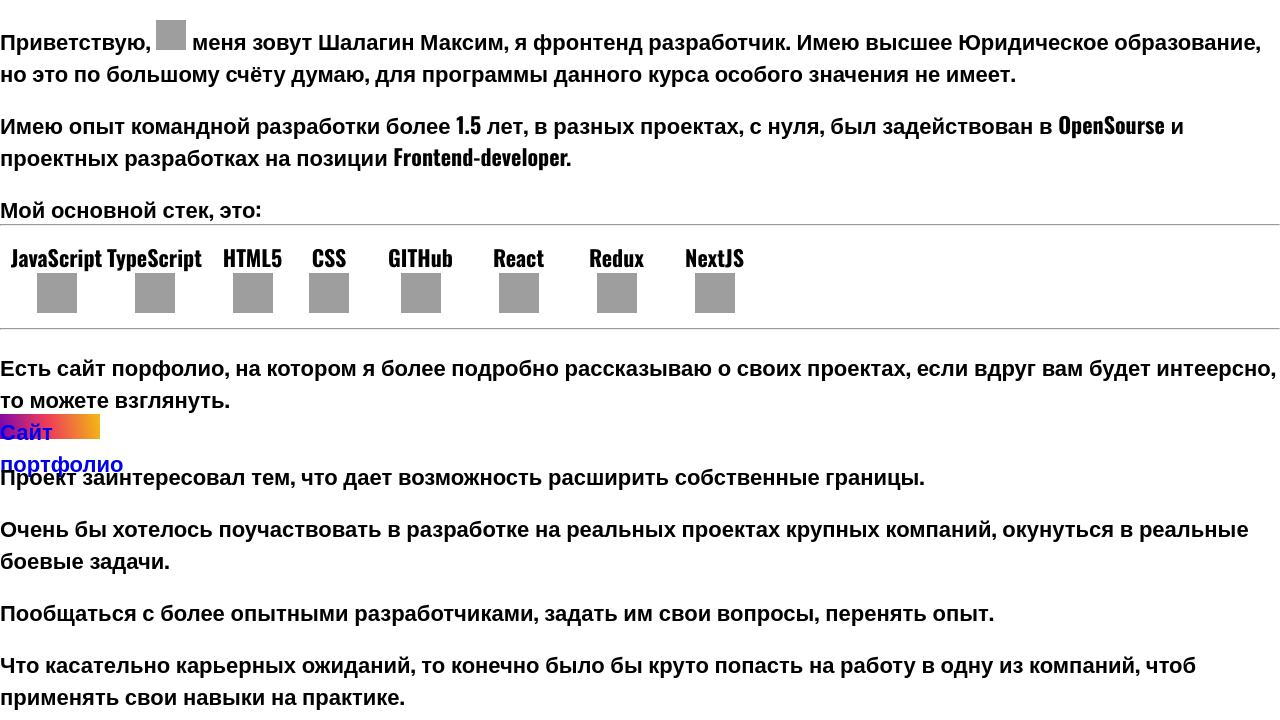
Repository: ni4egonepridumal/letter
Page: index.html
The author's editor kept a copy of each file at every save. The page is drawn from the files as they stood at one save, then again after the next save.
The browser window is 1280 px wide. The pictures show the whole page.
Pictures or frames that could not be fetched are drawn as grey boxes.

Above is the page before, as saved 2024-01-18 17:46:25.

### index.html
<!DOCTYPE html>
<html lang="en">
  <head>
    <meta charset="UTF-8" />
    <meta name="viewport" content="width=device-width, initial-scale=1.0" />
    <link rel="stylesheet" href="style.css" />
    <link rel="preconnect" href="https://fonts.googleapis.com" />
    <link rel="preconnect" href="https://fonts.gstatic.com" crossorigin />
    <link
      href="https://fonts.googleapis.com/css2?family=Oswald:wght@200..700&display=swap"
      rel="stylesheet"
    />
    <title>Document</title>
  </head>
  <body>
    <div class="container">
      <p>
        Приветствую,
        <span>
          <img
            src="https://upload.wikimedia.org/wikipedia/commons/thumb/1/17/Noto_Emoji_Pie_1f44b_1f3fb.svg/1024px-Noto_Emoji_Pie_1f44b_1f3fb.svg.png"
            width="30"
            height="30"
            alt="smile"
          /> </span
        >меня зовут Шалагин Максим, я фронтенд разработчик. Имею высшее
        Юридическое образование, но это по большому счёту думаю, для программы
        данного курса особого значения не имеет.
      </p>
      <p>
        Имею опыт командной разработки более 1.5 лет, в разных проектах, с нуля,
        был задействован в OpenSourse и проектных разработках на позиции
        Frontend-developer.
      </p>
      <p>Мой основной стек, это:</p>
      <hr />

      <div class="myScills">
        <div class="img">
          <label>JavaScript</label
          ><img
            src="https://raw.githubusercontent.com/devicons/devicon/master/icons/javascript/javascript-original.svg"
            alt="javascript"
            width="40"
            height="40"
          />
        </div>
        <div class="img">
          <label>TypeScript</label
          ><img
            src="https://raw.githubusercontent.com/devicons/devicon/master/icons/typescript/typescript-original.svg"
            alt="typescript"
            width="40"
            height="40"
          />
        </div>
        <div class="img">
          <label>HTML5</label
          ><img
            src="https://raw.githubusercontent.com/devicons/devicon/master/icons/html5/html5-original-wordmark.svg"
            alt="html5"
            width="40"
            height="40"
          />
        </div>
        <div class="img_css">
          <label>CSS</label
          ><img
            src="https://raw.githubusercontent.com/devicons/devicon/master/icons/css3/css3-original-wordmark.svg"
            alt="css3"
            width="40"
            height="40"
          />
        </div>
        <div class="img">
          <label>GITHub</label
          ><img
            src="https://raw.githubusercontent.com/devicons/devicon/master/icons/github/github-original.svg"
            alt="git"
            width="40"
            height="40"
          />
        </div>
        <div class="img">
          <label>React</label
          ><img
            src="https://raw.githubusercontent.com/devicons/devicon/master/icons/react/react-original-wordmark.svg"
            alt="react"
            width="40"
            height="40"
          />
        </div>
        <div class="img">
          <label>Redux</label
          ><img
            src="https://raw.githubusercontent.com/devicons/devicon/master/icons/redux/redux-original.svg"
            alt="redux"
            width="40"
            height="40"
          />
        </div>
        <div class="img">
          <label>NextJS</label
          ><img
            src="https://cdn.worldvectorlogo.com/logos/nextjs-2.svg"
            alt="nextjs"
            width="40"
            height="40"
          />
        </div>
      </div>
      <hr />

      <p>
        Есть сайт порфолио, на котором я более подробно рассказываю о своих
        проектах, если вдруг вам будет интеерсно, то можете взглянуть.
      </p>
      <div class="inner_href">
        <a class="href" href="https://portfolio-three-taupe-20.vercel.app/"
          >Сайт портфолио</a
        >
      </div>
      <p>
        Проект заинтересовал тем, что дает возможность расширить собственные
        границы.
      </p>
      <p>
        Очень бы хотелось поучаствовать в разработке на реальных проектах
        крупных компаний, окунуться в реальные боевые задачи.
      </p>
      <p>
        Пообщаться с более опытными разработчиками, задать им свои вопросы,
        перенять опыт.
      </p>
      <p>
        Что касательно карьерных ожиданий, то конечно было бы круто попасть на
        работу в одну из компаний, чтоб применять свои навыки на практике.
      </p>
    </div>
  </body>
</html>

### style.css
* {
  margin: 0;
  padding: 0;
  box-sizing: border-box;
}

body {
  font-size: 22px;
  font-weight: 700;
  font-family: "Oswald", sans-serif;
}
p {
  margin-top: 20px;
}
.container {
  max-width: 1600px;
  margin: 0 auto;
}
.myScills {
  display: flex;
  flex-wrap: wrap;
  margin: 15px 0;
}
.img {
  width: 83px;
  display: flex;
  justify-content: center;
  flex-wrap: wrap;
  margin-left: 15px;
}
.img_css {
  width: 70px;
  display: flex;
  justify-content: center;
  flex-wrap: wrap;
}
.inner_href {
  width: 100px;
  height: 25px;
  background: linear-gradient(
    78.55deg,
    #7a05ab 0%,
    #ee3d5a 48.44%,
    #f2bc12 100%
  );
}
.href {
  text-decoration: none;
}

After the next save:
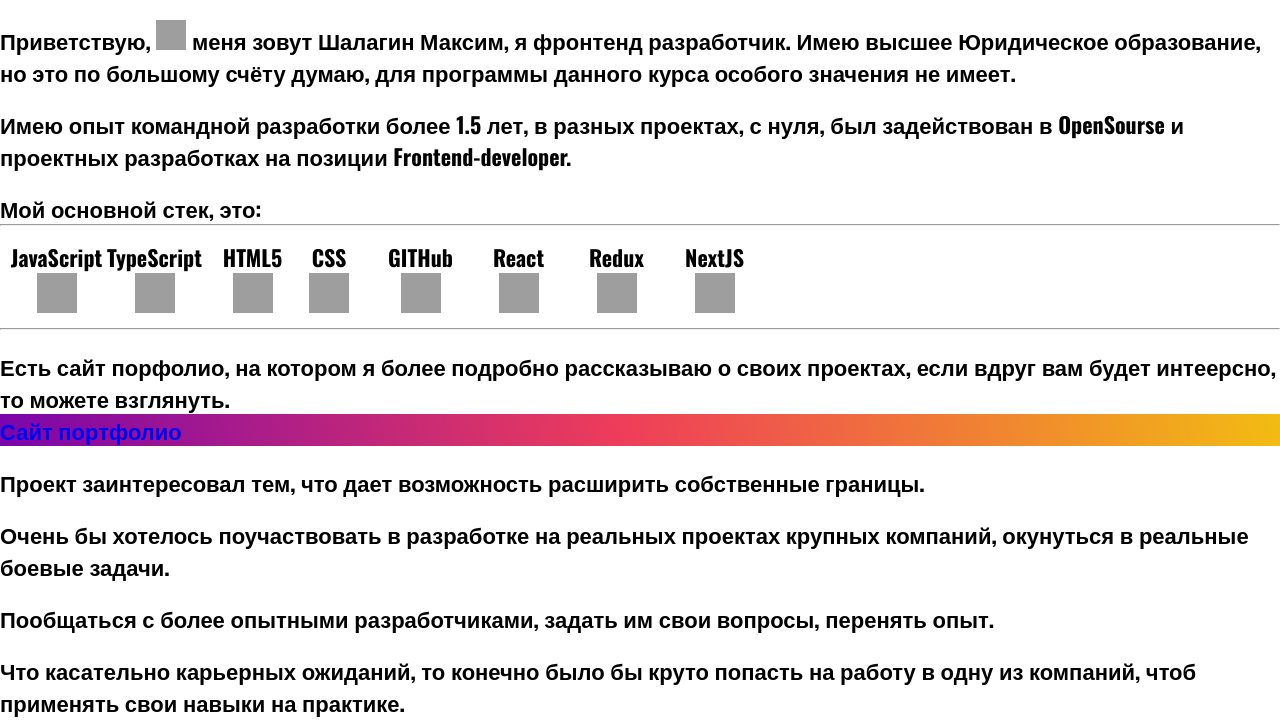
Saved 14 s later.
--- a/style.css
+++ b/style.css
@@ -35,8 +35,6 @@ p {
   flex-wrap: wrap;
 }
 .inner_href {
-  width: 100px;
-  height: 25px;
   background: linear-gradient(
     78.55deg,
     #7a05ab 0%,
